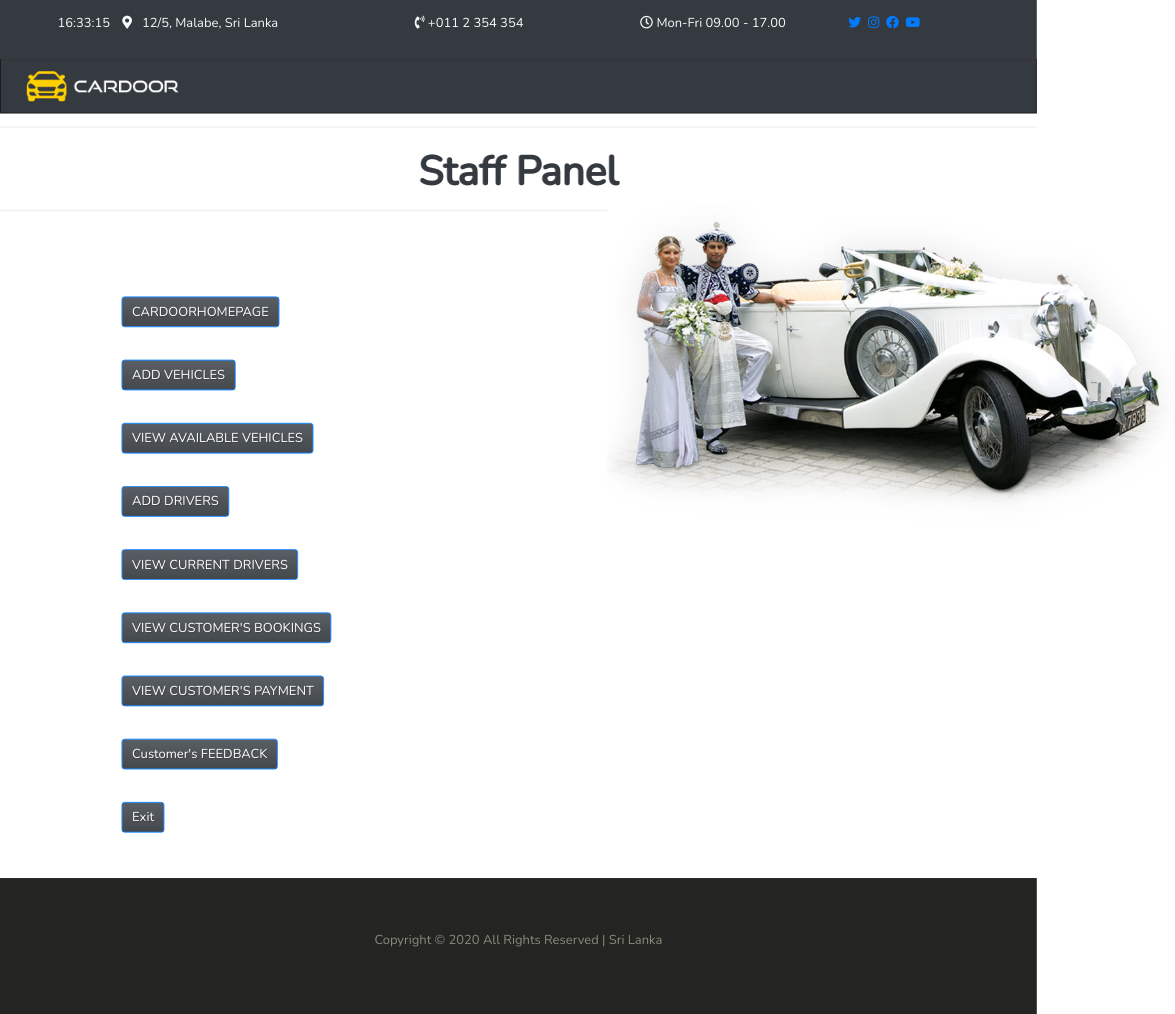
Repository: NipunLakshan99/Cardoor
Page: http://localhost/RentCar/StaffMenu.jsp
An editor plug-in stored every save of this project. The page is shown before and after the next save, followed by the edit.
The browser window is 1280 px wide. The page is 1450 px wide, so the pictures cover 1450 px, including what lies to the right of the window. The pictures show the whole page, at 81% of full size.
Some web libraries are served in a nearby version. The page is served by Tomcat 9. Other server files are loaded and not shown.

Above is the page before, as saved 2020-05-13 11:26:20.

### RentCar/WebContent/StaffMenu.jsp
<%@ page language="java" contentType="text/html; charset=ISO-8859-1"
    pageEncoding="ISO-8859-1"%>
<!DOCTYPE html>
<html>
<head>
<meta charset="ISO-8859-1">
<meta http-equiv="Content-Type" content="text/html; charset=ISO-8859-1">
		<link rel="stylesheet" href="https://stackpath.bootstrapcdn.com/bootstrap/4.3.1/css/bootstrap.min.css" integrity="sha384-ggOyR0iXCbMQv3Xipma34MD+dH/1fQ784/j6cY/iJTQUOhcWr7x9JvoRxT2MZw1T" crossorigin="anonymous">
		<link rel="stylesheet" href="https://bootswatch.com/4/slate/bootstrap.min.css" >
        <link rel="stylesheet" href="https://stackpath.bootstrapcdn.com/bootstrap/4.3.1/css/bootstrap.min.css" integrity="sha384-ggOyR0iXCbMQv3Xipma34MD+dH/1fQ784/j6cY/iJTQUOhcWr7x9JvoRxT2MZw1T" crossorigin="anonymous">
        <link href="https://fonts.googleapis.com/css?family=Nunito" rel="stylesheet">
        <link rel="stylesheet" href="https://use.fontawesome.com/releases/v5.8.2/css/all.css" integrity="sha384-oS3vJWv+0UjzBfQzYUhtDYW+Pj2yciDJxpsK1OYPAYjqT085Qq/1cq5FLXAZQ7Ay" crossorigin="anonymous">
        <link rel="stylesheet" href="CSS/stylesheet.css">
        <link rel="shortcut icon" href="CSS/favicon.ico" type="image/x-icon" />

<title>Staff Home</title>
</head>
<style>
 body{
  font-family: 'Nunito';
 }
 </style>
<title>Insert title here</title>
<body onload="startTime()">
<!--- Clock Display ------>
        <script>
            function startTime() {
                var today = new Date();
                var h = today.getHours();
                var m = today.getMinutes();
                var s = today.getSeconds();
                m = checkTime(m);
                s = checkTime(s);
                document.getElementById('txt').innerHTML =
                        h + ":" + m + ":" + s;
                var t = setTimeout(startTime, 500);
            }
            function checkTime(i) {
                if (i < 10) {
                    i = "0" + i
                }
                ;  // add zero in front of numbers < 10
                return i;
            }
        </script>

        <!------------------------------->


        <div class="preloader bg-dark text-light" >
            <div class="preloader-spinner" >


                <div id="header-top" class="d-none d-xl-block">
                    <div class="container">
                        <div class="row">

                            <div class="loader-content">
                                <!--<img src="CSS/img/preloader.gif">-->
                                <p id="txt"></p>

                            </div>

                            <div class="col-lg-3 text-left ">
                                <i class="fas fa-map-marker-alt"></i> &nbsp; 12/5, Malabe, Sri Lanka
                            </div>&nbsp;&nbsp;&nbsp;&nbsp;

                            <div class="col-lg-3 text-center">
                                <i class="fas fa-phone-volume"></i> +011 2 354 354
                            </div>&nbsp;&nbsp;&nbsp;&nbsp;

                            <div class="col-lg-3 text-center">
                                <i class="far fa-clock"></i> Mon-Fri 09.00 - 17.00
                            </div>&nbsp;&nbsp;&nbsp;&nbsp;&nbsp;&nbsp;


                            <div class="header-social-icons text-right">
                                <a href="#"><i class="fab fa-twitter"></i></a>&nbsp;
                                <a href="#"><i class="fab fa-instagram"></i></a>&nbsp;
                                <a href="#"><i class="fab fa-facebook"></i></a>&nbsp;
                                <a href="#"><i class="fab fa-youtube"></i></a>&nbsp;
                            </div>
                        </div>
                    </div>
                </div>
            </div>
        </div>
	 <nav class="navbar navbar-expand-lg navbar-dark bg-dark">
	 <div class="col-lg-4">
                        <a href="index.html" class="logo">
                            <img src="CSS/img/logo.png" alt="JSOFT">
                        </a>
                    </div>
  		<div class="collapse navbar-collapse" id="navbarColor02">
    	<ul class="navbar-nav mr-auto">
        <li class="nav-item active">

  		</div>
		</nav>
        <!-- /.row -->
        <section>

            <hr>
            <h1 class="page-header text-center text-dark"><b>Staff Panel</b></h1>
            <hr>

	<h1 style="color: #ffffff; margin-left: 580px;"></h1><br/><br/><br/>



	 <div class="btn-group-vertical" data-toggle="buttons">
 		 <a href="Home.jsp"><button type="button" class="btn btn-primary">CARDOORHOMEPAGE</button></a><br/>
 		 <a href="viewvehicles.jsp"><button type="button" class="btn btn-primary">ADD VEHICLES</button></a><br/>
 		 <a href="viewvehicles.jsp"><button type="button" class="btn btn-primary">VIEW AVAILABLE VEHICLES</button></a><br/>
 		 <a href="viewdrivers.jsp"><button type="button" class="btn btn-primary">ADD DRIVERS</button></a><br/>
  		 <a href="viewdrivers.jsp"><button type="button" class="btn btn-primary">VIEW CURRENT DRIVERS</button></a><br/>
  		 <a href="viewbookings.jsp"><button type="button" class="btn btn-primary">VIEW CUSTOMER'S BOOKINGS</button></a><br/>
  		 <a href="viewbookings.jsp"><button type="button" class="btn btn-primary">VIEW CUSTOMER'S PAYMENT</button></a><br/>
 		 <a href="#"><button type="button" class="btn btn-primary">Customer's FEEDBACK</button></a><br/>
 		 <a href="Home.jsp"><button type="button" class="btn btn-primary">Exit</button></a>

	 </div>
	 <div class="wed">
	 <img src="CSS/img/vehicle/wedding.jpg" width="700" height="400" class="img"/>
	 </div>
	 <br/>
	 <br/>

 	<section id="adddriver" class="py-5" style=" background-color: #242422;">
		<div class="footer-bottom-area">
        	<div class="container">
           		 <div class="row">
               		 <div class="col-lg-12 text-center">
                    	<p style="color: #8a8a7c;">Copyright &copy; <script>document.write(new Date().getFullYear());</script> All Rights Reserved | Sri Lanka</p>
               		 </div>
            	 </div>
            </div>
        </div>


        </section>
</body>
</html>

### RentCar/WebContent/CSS/stylesheet.css
.btn-group-vertical{

  margin-left: 150px;
}

.align text-light{
	color:black;

}

.bg-light{
	border: 1px solid 	#000000;
    margin-bottom: 25px;
}

.btn-group-vertical input[type=button]{
	width: 100%;
	height: 30px;
 	position: relative;
 	margin-left: 150px;
	}

.adddriverform{
	margin-left: 150px;
}

.viewdrivers{
	margin-left: 150px;
}

.editdriverform{
	margin-left: 150px;
}




.loginform{
		width: 100%;
  		padding: 12px 20px;
  		margin: 8px 0;
  		display: inline-block;
  		border: 1px solid #cc;
  		background: #f1f1f1;
  		box-sizing: border-box;
}

.userimg{
	margin-left:1000px;
}

.adminlogin{
	width:50%;
	margin-left: 350px;
}

.feedbackform{
	margin-left: 150px;
}

#message {
  display:none;
  background: #f1f1f1;
  color: #000;
  position: relative;
  padding: 20px;
  margin-top: 10px;
}

#message p {
  padding: 10px 35px;
  font-size: 18px;
}


.wed img{
	position:absolute;
	left:700px;
	margin-left: 50px;
	top:250px;

}

.loginbox{
    width: 320px;
    height: 420px;
    background: #000;
    color: #fff;
    top: 50%;
    left: 50%;
    position: absolute;
    transform: translate(-50%,-50%);
    box-sizing: border-box;
    padding: 70px 30px;
}

.avatar{
    width: 100px;
    height: 100px;
    border-radius: 50%;
    position: absolute;
    top: -50px;
    left: calc(50% - 50px);
}

.loginbox h1{
    margin: 0;
    padding: 0 0 20px;
    text-align: center;
    font-size: 22px;
}

.loginbox p{
    margin: 0;
    padding: 0;
    font-weight: bold;
}

.loginbox input{
    width: 100%;
    margin-bottom: 20px;
}

.loginbox input[type="text"], input[type="password"]
{
    border: none;
    border-bottom: 1px solid #fff;
    background: transparent;
    outline: none;
    height: 40px;
    color: #fff;
    font-size: 16px;
}

.loginbox input[type="password"]
{
	 border: none;
    border-bottom: 1px solid #fff;
    background: transparent;
    outline: none;
    height: 40px;
    color: #fff;
    font-size: 16px;
}
.loginbox input[type="submit"]
{
    border: none;
    outline: none;
    height: 40px;
    background: #fb2525;
    color: #fff;
    font-size: 18px;
    border-radius: 20px;
}
.loginbox input[type="submit"]:hover
{
    cursor: pointer;
    background: #ffc107;
    color: #000;
}
.loginbox a{
    text-decoration: none;
    font-size: 12px;
    line-height: 20px;
    color: darkgrey;
}

.loginbox a:hover
{
    color: #ffc107;
}

.footer {
  position: fixed;
  left: 0;
  bottom: 0;
  width: 100%;
   height: 10%;
  background-color: #242422;
  color: white;
  text-align: center;
}

h1{
	text-align: center;
    font-size: 50px;
}

* {box-sizing: border-box}
/* Full-width input fields */
  input[type=text], input[type=password] {
  width: 100%;
  padding: 15px;
  margin: 5px 0 22px 0;
  display: inline-block;
  border: none;
  background: #f1f1f1;
}

/* Add a background color when the inputs get focus */
input[type=text]:focus, input[type=password]:focus {
  background-color: #ddd;
  outline: none;
}

/* Set a style for all buttons */
 button {
  background-color: #4CAF50;
  color: white;
  padding: 14px 20px;
  margin: 8px 0;
  border: none;
  cursor: pointer;
  width: 100%;
  opacity: 0.9;
}

button:hover {
  opacity:1;
}

/* Extra styles for the cancel button */
.cancelbtn {
  padding: 14px 20px;
  background-color: #f44336;
}

/* Float cancel and signup buttons and add an equal width */
.cancelbtn, .signupbtn {
  float: left;
  width: 50%;
}

/* Add padding to container elements */
.container {
  padding: 16px;
}

/* The Modal (background) */
.modal {
  display: none; /* Hidden by default */
  position: fixed; /* Stay in place */
  z-index: 1; /* Sit on top */
  left: 0;
  top: 0;
  width: 100%; /* Full width */
  height: 100%; /* Full height */
  overflow: auto; /* Enable scroll if needed */
  background-color: #474e5d;
  padding-top: 50px;
}

/* Modal Content/Box */
.modal-content {
  background-color: #fefefe;
  margin: 5% auto 15% auto; /* 5% from the top, 15% from the bottom and centered */
  border: 1px solid #888;
  width: 80%; /* Could be more or less, depending on screen size */
}

/* Style the horizontal ruler */
hr {
  border: 1px solid #f1f1f1;
  margin-bottom: 25px;
}

/* The Close Button (x) */
.close {
  position: absolute;
  right: 35px;
  top: 15px;
  font-size: 40px;
  font-weight: bold;
  color: #f1f1f1;
}

.close:hover,
.close:focus {
  color: #f44336;
  cursor: pointer;
}

/* Clear floats */
.clearfix::after {
  content: "";
  clear: both;
  display: table;
}

/* Change styles for cancel button and signup button on extra small screens */
@media screen and (max-width: 300px) {
  .cancelbtn, .signupbtn {
    width: 100%;
  }
}

After the next save:
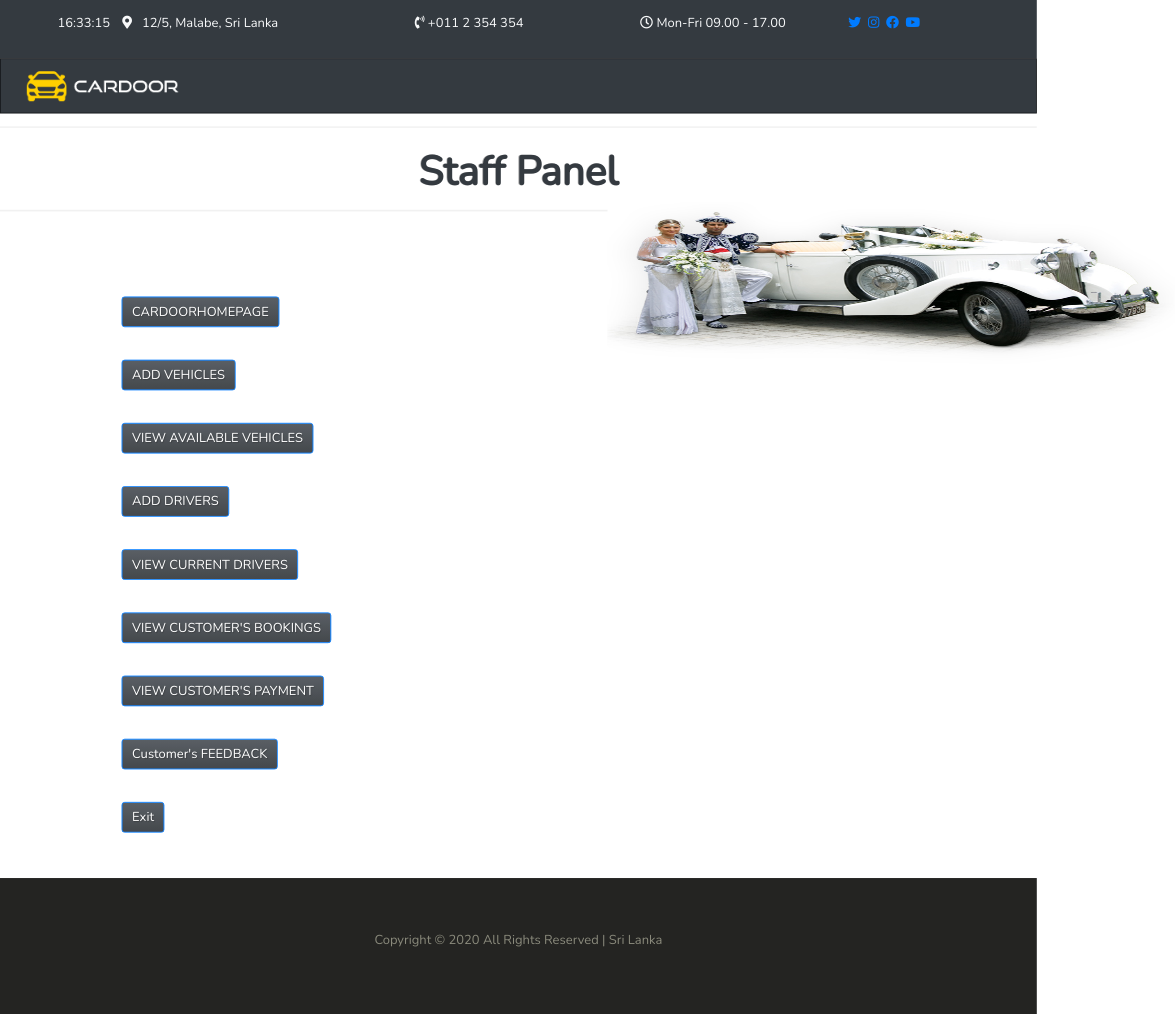
Saved 46 s later.
--- a/RentCar/WebContent/StaffMenu.jsp
+++ b/RentCar/WebContent/StaffMenu.jsp
@@ -121,7 +121,7 @@
 
 	 </div>
 	 <div class="wed">
-	 <img src="CSS/img/vehicle/wedding.jpg" width="700" height="400" class="img"/>
+	 <img src="CSS/img/vehicle/wedding.jpg" width="700" height="200" class="img"/>
 	 </div>
 	 <br/>
 	 <br/>

After the save that followed:
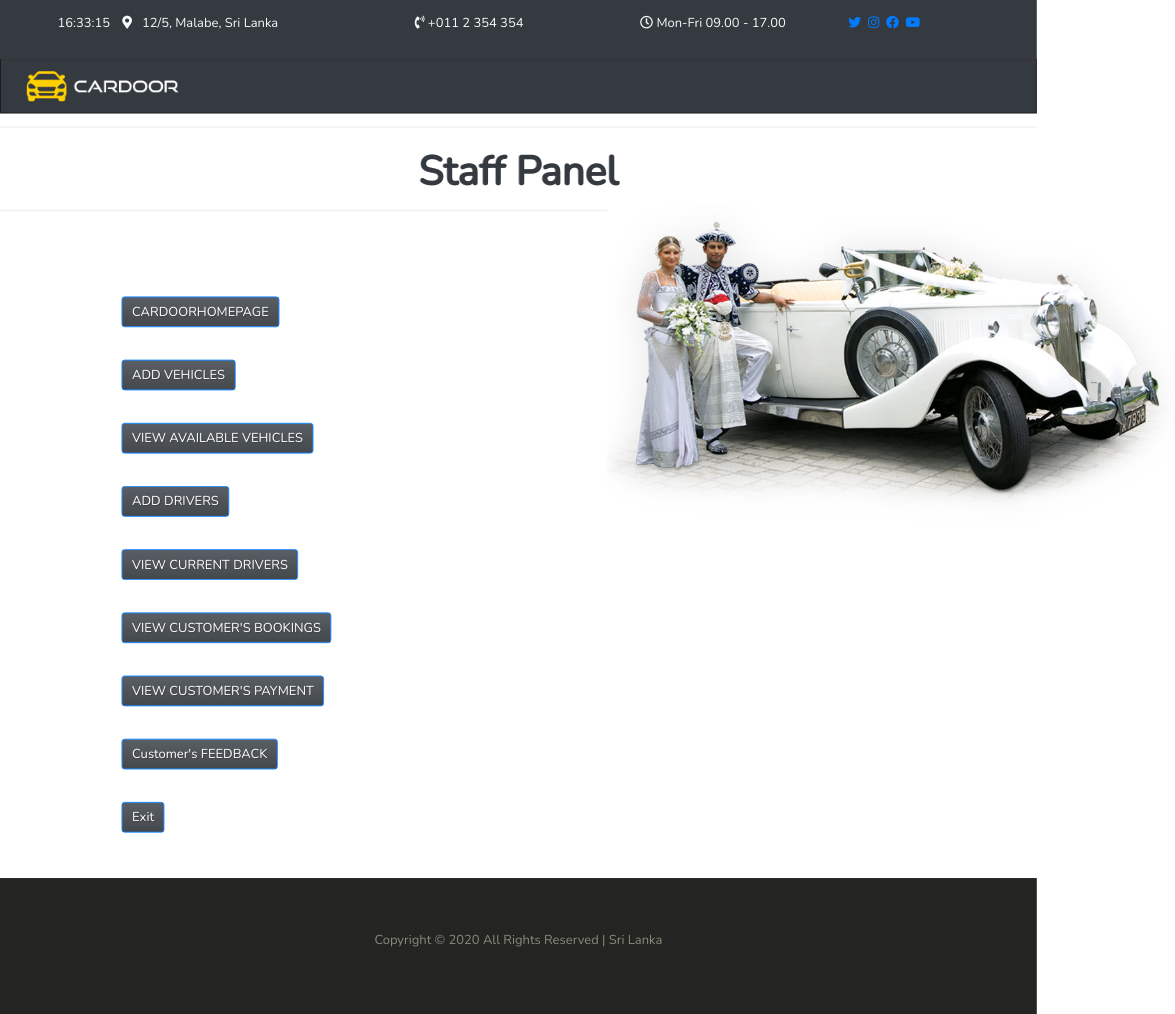
Saved 7 s later.
--- a/RentCar/WebContent/StaffMenu.jsp
+++ b/RentCar/WebContent/StaffMenu.jsp
@@ -121,7 +121,7 @@
 
 	 </div>
 	 <div class="wed">
-	 <img src="CSS/img/vehicle/wedding.jpg" width="700" height="200" class="img"/>
+	 <img src="CSS/img/vehicle/wedding.jpg" width="700" height="400" class="img"/>
 	 </div>
 	 <br/>
 	 <br/>
